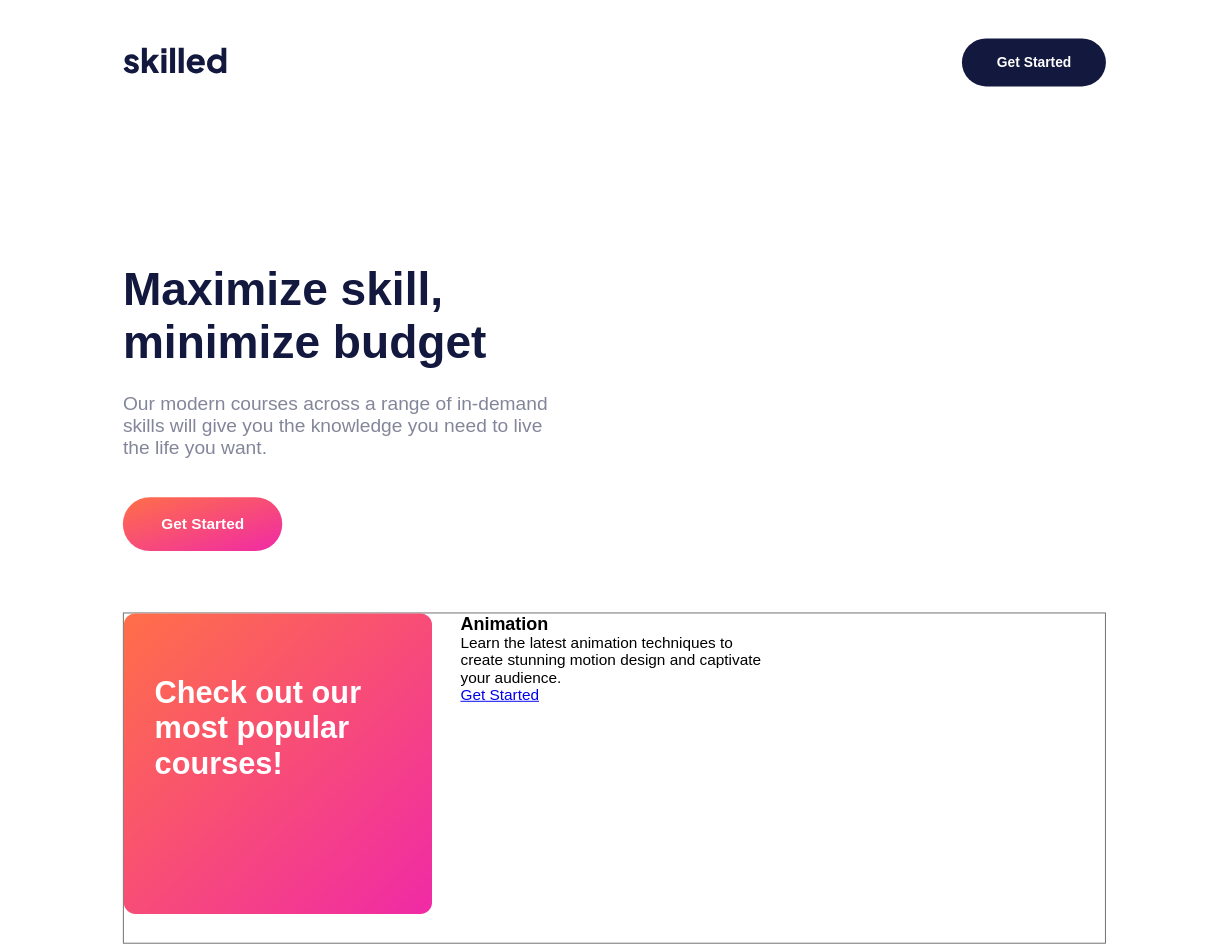
Repository: exe-walt/E-Learning-Landing-Page
Page: index.html
The author's editor kept a copy of each file at every save. The page is drawn from the files as they stood at one save, then again after the next save.
The browser window is 1280 px wide. The pictures show the whole page, at 96% of full size.
Some web fonts or font styles are not loaded; a fallback is used.

Above is the page before, as saved 2025-05-29 12:33:45.

### index.html
<!DOCTYPE html> <!-- Document type declaration for HTML5 -->
<html lang="en">
<head>
  <meta charset="UTF-8"> <!-- Character encoding set to UTF-8 -->
  <meta name="viewport" content="width=device-width, initial-scale=1.0"> <!-- Responsive design meta tag -->
  <title>Skilled E-Learning Page</title> <!-- Page title -->
  <link rel="stylesheet" href="css/style.css"> <!-- Link to external CSS file -->
  <link href="https://fonts.cdnfonts.com/css/plus-jakarta-sans" rel="stylesheet"> <!-- Import custom font -->
</head>
<body>
  <div class="content-container"> <!-- Main content container -->

    <!-- NAVBAR SECTION -->
    <div class="navbar">
      <ul>
        <li id="logo">
          <img src="img/skilled-logo.svg" alt="logo">
        </li>
        <li class="navbar-btn">
          <button>Get Started</button> <!-- Call-to-action button -->
        </li>
      </ul>
    </div>

    <!-- HERO SECTION -->
    <div class="hero-section">
      <div class="hero-text">
        <h1>Maximize skill, <br>minimize budget</h1>

        <p>
          Our modern courses across a range of in-demand <br> skills will give you the knowledge you need to live <br> the life you want.
        </p>

        <button class="grad-btn1">Get Started</button>
      </div>
    </div>

    <!--Popular Courses Cards-->
    <div class="cc"> <!--Courses-Container top-->
      <div class="main-left">
        <p>Check out our <br>most popular <br>courses! </p>
      </div>
      <div class="animation-card">
        <h3>Animation</h3>
          <p>Learn the latest animation techniques to create stunning motion design and captivate your audience.</p>
            <a href="#">Get Started</a>
      </div>
      <div class="design-card">

      </div>
      <div class="photography"></div>
      <div class="crypto"></div>
      <div class="business"></div>
    </div>




  </div>

</body>
</html>

### css/style.css
* {
  box-sizing: border-box;
  margin: 0;
  padding: 0;
  font-family: "Plus Jakarta Sans", sans-serif;
}

.navbar, .hero-section{
  background-image: url(../img/Group19.png);
}

body {
  font-family: "Plus Jakarta Sans", sans-serif;
  margin: 0;
  display: flex;
  justify-content: center;
  align-items: center;
}

.content-container {
  background-color: #ffffff;
  max-width: 75em;
  width: 80%;
  height: auto;
  margin: 0 auto;
}

.navbar {
  display: flex;
  justify-content: space-between;
  align-items: center;
  background-color: white;
  margin-top: 2.5em;
}

.navbar ul {
  display: flex;
  align-items: center;
  justify-content: space-between;
  width: 100%;
  list-style: none;
}

#logo img {
  height: 1.75em;
  width: auto;
}

.navbar-btn button {
  background-color: #13183f;
  color: white;
  width: 10.4em;
  height: 3.5em;
  border: none;
  border-radius: 1.8em;
  padding: 0.6rem 1.5rem;
  font-weight: 600;
  font-size: 0.9rem;
  cursor: pointer;
  transition: background-color 0.3s ease;
}

.navbar-btn button:hover {
  background-color: #666CA3;
}

.hero-section {
  display: flex;
}

.hero-text {
  margin-top: 11.5em;
}

.hero-text h1 {
  font-weight: 800; /* ExtraBold */
  font-size: 3rem;
  color: #13183f;
}

.hero-text p {
  font-weight: 400; /* Medium */
  font-size: 1.25rem;
  color: #83869a;
  padding-top: 1.25em;
}

.grad-btn1{
  width: 10.4em;
  height: 3.5em;
  border: none;
  border-radius: 1.8em;
  color: white;
  font-weight: 700;
  font-size: 1em;
  padding: 0.6rem 1.5rem;
  margin-top: 2.5em;
  background: linear-gradient(to bottom right, #FF6F48, #F02AA6);
}

.cc{
  display: grid;
  gap: 10px 20px;
  grid-template-columns: repeat(3, 1fr);
  gap: 30px;
  border: 1px solid #6d6d6d;
  margin-top: 4em;
  background: linear-gradient(to bottom right, #FFFFFF, F0F1FF);
}


.main-left{
  border-radius: 12px;
  background: linear-gradient(to bottom right, #FF6F48, #F02AA6);; /* apply this gradient (#FF6F48 - F02AA6) */
}

.main-left p{
  font-size: 2em;
  font-weight: bolder;
  color: white;
  padding-top: 64px;
  padding-left: 32px;
  padding-right: 32px;
  padding-bottom: 138px;
  justify-content: center;
}

After the next save:
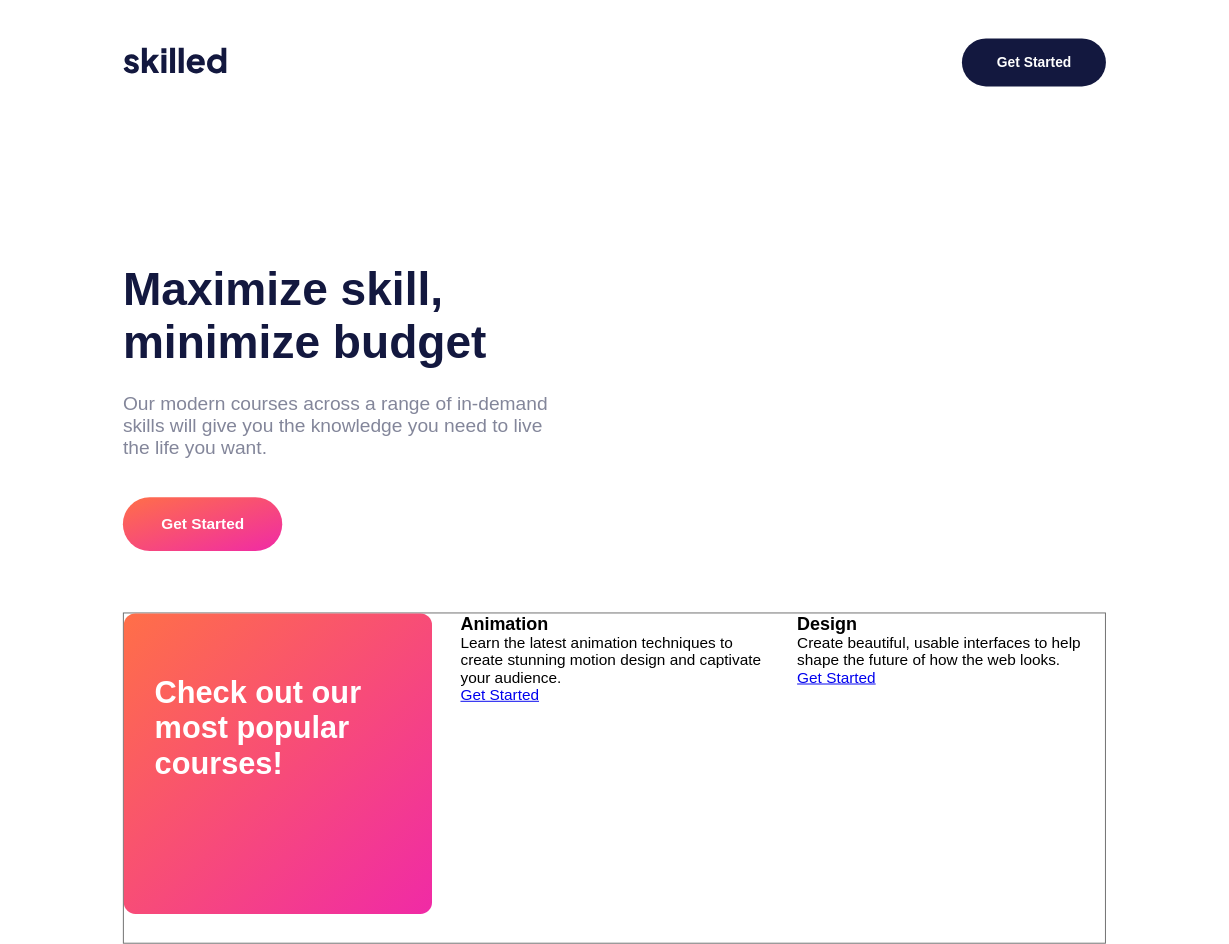
Saved 12 s later.
--- a/index.html
+++ b/index.html
@@ -46,7 +46,9 @@
             <a href="#">Get Started</a>
       </div>
       <div class="design-card">
-
+        <h3>Design</h3>
+  <p>Create beautiful, usable interfaces to help shape the future of how the web looks.</p>
+  <a href="#">Get Started</a>
       </div>
       <div class="photography"></div>
       <div class="crypto"></div>
